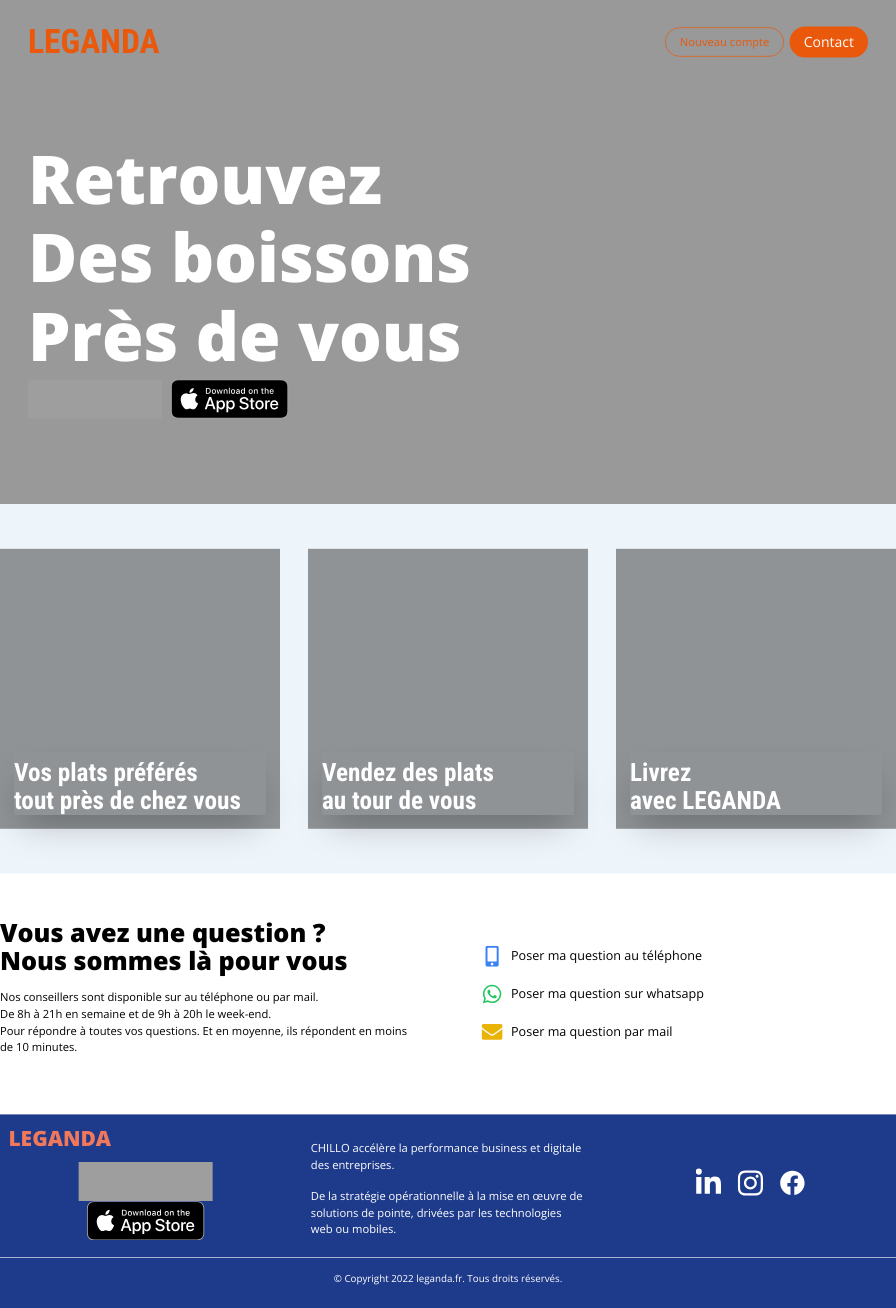
Repository: chillo-tech/website-leganda
Page: /
These files come from the project's save history. The page is drawn as it stood at one moment and after a run of saves; the edit follows.
The browser window is 1280 px wide. The pictures show the whole page, at 70% of full size.
Pictures or frames that could not be fetched are drawn as grey boxes. The project was rebuilt for these pictures with package versions that can differ from the ones it lists, and the page was loaded fresh each time. Some packages were replaced by stand-ins written for this rebuild. The framework's server and built-in components were replaced by stand-ins that run in the browser. Also part of the build but not shown: next.config.js, components/header/items/SearchBar.tsx.

Above is the page before, as saved 2023-02-09 08:34:37.

### pages/_document.tsx
import { Html, Head, Main, NextScript } from 'next/document'
import Footer from '../components/footer/Footer';

export default function Document() {
	return (
		<Html className="scroll-smooth">
			<Head>
        <link rel="preconnect" href="https://fonts.googleapis.com"/>
        <link rel="preconnect" href="https://fonts.gstatic.com"/>
        <link href="https://fonts.googleapis.com/css2?family=Open+Sans:ital,wght@0,300;0,800;1,800&family=Roboto&family=Roboto+Condensed:wght@700&display=swap" rel="stylesheet"/>
        <link rel="icon" href="/favicon.ico" />
			</Head>
			<body className='flex flex-col h-screen justify-between'>
				<Main />
				<NextScript />
				<Footer />
        <script defer type="text/javascript" src="https://maps.googleapis.com/maps/api/js?key=AIzaSyBoBBvzxlRlkbfYzZcHp8ALOwBk3YjfB-I&libraries=places" />
			</body>
		</Html>
	)
}

### pages/index.tsx
import type { NextPage } from 'next'
import Head from 'next/head';
import Image from 'next/image'
import Link from 'next/link';
import { useState,useRef,useEffect } from 'react';
import Questions from '../components/questions/Questions';
import Header from '../components/header/Header';
import {cn, HEADERS_ITEMS, loaderProp, STORES} from '../utils';

const Home: NextPage = () => {
  const [isLoading, setLoading] = useState(true);
  const timeoutRef = useRef<any>();
  const [displayedItemIndex, setDisplayedItemIndex] = useState(0);
  const delay = 5000;

  const resetTimeout = () => {
    if (timeoutRef.current) {
      clearTimeout(timeoutRef.current);
    }
  }

  useEffect(() => {
    timeoutRef.current = setTimeout(
      () =>
          setDisplayedItemIndex((prevIndex) =>
              prevIndex === HEADERS_ITEMS.length - 1 ? 0 : prevIndex + 1
          ),
      delay
    );
    return () => {
      resetTimeout();
    };
  }, [displayedItemIndex]);
  return (
      <>
        <Head>
          <title>{`LEGANDA | Repas entre particuliers ${HEADERS_ITEMS[displayedItemIndex]['label']}`}</title>
        </Head>
        <main>
          <header className="relative h-screen md:mb-0">
            <Image
              src={HEADERS_ITEMS[displayedItemIndex]['image']}
              alt={`Leganda ${HEADERS_ITEMS[displayedItemIndex]['label']}`}
              unoptimized={true}
              priority={true}
              fill={true}
              loader={loaderProp}
              className={cn(
                'duration-700 ease-in-out group-hover:opacity-75 hidden',
                isLoading
                  ? 'scale-110 blur-2xl grayscale'
                  : 'scale-100 blur-0 grayscale-0'
              )}
              onLoadingComplete={() => setLoading(false)}
            />
            <div className="bg-gray opacity-200 header-content absolute bottom-0 top-0 left-0 right-0">
              <div className="bg-black-rgba w-full pt-5 px-3 md:px-10 h-screen mx-auto flex flex-col justify-between">
                <Header withSearchBar={false} />
                <div className="container">
                  <div className="text-5xl md:text-8xl font-extrabold text-white">Retrouvez</div>
                  <div className="text-5xl md:text-8xl py-4 font-extrabold text-white py-2 md:py-4 text-orange-600">{HEADERS_ITEMS[displayedItemIndex]['label']}</div>
                  <div className="text-5xl md:text-8xl font-extrabold text-white">Près de vous</div>
                  <p className="flex py-4 items-center justify-center md:justify-start">
                    {STORES.map((item: any, index: number) => (
                        <Link
                            href="#"
                            target="_blank"
                            key={`liens-${index}`} className="block items-center py-2 w-48 h-14 relative">
                          <Image
                              fill={true}
                              src={`/images/${item.image}`}
                              alt={item?.label}
                          />

                        </Link>
                    ))}
                  </p>
                </div>
                <p />
              </div>
            </div>
          </header>
          <section className="categories py-3 md:py-16 bg-app-light-blue">
            <div className="container">
              <div className="grid gap-10 md:grid-cols-3">
                <Link href='/' className='relative'>
                    <div className="relative home-page-article ">
                      <Image
                          src="/images/eat-food.jpeg"
                          alt="os plats préférés tout près de chez vous"
                          layout="fill"
                          objectFit="cover"
                          unoptimized={true}
                          loader={loaderProp}
                          className={cn(
                            'duration-700 ease-in-out group-hover:opacity-75 hidden',
                            isLoading
                              ? 'scale-110 blur-2xl grayscale'
                              : 'scale-100 blur-0 grayscale-0'
                          )}
                          onLoadingComplete={() => setLoading(false)}
                        />
                    </div>
                    <div className="absolute bottom-0 left-0 right-0 top-0 bg-black-rgba">
                    </div>
                    <div className="absolute bottom-0 left-0 right-0 py-5 px-5 text-white">
                      <h2 className='font-bold pt-2 text-3xl md:text-4xl title shadow-2xl'>Vos plats préférés <br /> tout près de chez vous</h2>
                    </div>
                </Link>
                <Link href='/' className='relative'>
                    <div className="relative home-page-article ">
                      <Image
                          src="/images/food-on-fire.jpeg"
                          alt="Vendez vos plats de vous"
                          layout="fill"
                          objectFit="cover"
                          unoptimized={true}
                          loader={loaderProp}
                          className={cn(
                            'duration-700 ease-in-out group-hover:opacity-75 hidden',
                            isLoading
                              ? 'scale-110 blur-2xl grayscale'
                              : 'scale-100 blur-0 grayscale-0'
                          )}
                          onLoadingComplete={() => setLoading(false)}
                        />
                    </div>
                    <div className="absolute bottom-0 left-0 right-0 top-0 bg-black-rgba">
                    </div>
                    <div className="absolute bottom-0 left-0 right-0 py-5 px-5 text-white">
                      <h2 className='font-bold pt-2 text-3xl md:text-4xl title shadow-2xl'>Vendez des plats <br /> au tour de vous</h2>
                    </div>
                </Link>
                <Link href='/' className='relative'>
                    <div className="relative home-page-article ">
                      <Image
                          src="/images/delivery.jpeg"
                          alt="Livrez des repas avec leganda"
                          layout="fill"
                          objectFit="cover"
                          unoptimized={true}
                          loader={loaderProp}
                          className={cn(
                            'duration-700 ease-in-out group-hover:opacity-75 hidden',
                            isLoading
                              ? 'scale-110 blur-2xl grayscale'
                              : 'scale-100 blur-0 grayscale-0'
                          )}
                          onLoadingComplete={() => setLoading(false)}
                        />
                    </div>
                    <div className="absolute bottom-0 left-0 right-0 top-0 bg-black-rgba">
                    </div>
                    <div className="absolute bottom-0 left-0 right-0 py-5 px-5 text-white">
                      <h2 className='font-bold pt-2 text-3xl md:text-4xl title shadow-2xl'>Livrez <br /> avec LEGANDA</h2>
                    </div>
                </Link>

              </div>
              </div>
          </section>
          {/*<Cities />*/}
          <Questions />
        </main>
      </>
  )
}

export default Home

### styles/globals.css
@tailwind base;
@tailwind components;
@tailwind utilities;
body {
  font-family: 'Open Sans', 'Roboto', sans-serif;
}
.title {
  font-family: 'Roboto Condensed', sans-serif;
}
@layer base {
  [type="text"],
  [type="email"],
  [type="url"],
  [type="password"],
  [type="number"],
  [type="date"],
  [type="datetime-local"],
  [type="month"],
  [type="search"],
  [type="tel"],
  [type="time"],
  [type="week"],
  [multiple],
  textarea,
  select {
    @apply w-full border-gray-300 rounded-lg shadow-sm focus:border-blue-500 focus:ring-blue-500;
  }
  [type="checkbox"],
  [type="radio"] {
    @apply border-gray-300 rounded text-blue-600 focus:ring-blue-500;
  }
}

.bg-site-blue {
    background-color: #86aec0;
    color: #000000;
}

.bg-site-orange {
    background-color: #f6ac9f;
}

.color-site-blue {
   color: #86aec0;
}

.color-site-orange {
    color: #f2785c;
}

.home-page-article {
  min-height: 400px;
}

### context/search-context-provider.tsx
import { SearchParams } from '../types';
import { Context,createContext, useMemo, useReducer, useCallback } from 'react'
import SearchReducer from './SearchReducer';
import { Param } from '../types/Param';
import { INITIAL_STATE, UPDATE_SEARCH_CRITERIA } from '../utils';
import { SearchContextData } from '../types/SerchContextData';
type Props = {
  children: JSX.Element,
};
export const SearchContext = createContext<SearchContextData>({state: INITIAL_STATE});
function SearchContextProvider({children}: Props) {
  const [state, dispatch] = useReducer(SearchReducer, INITIAL_STATE);

  const update = useCallback(
    (data: Param) =>
      dispatch({
        type: UPDATE_SEARCH_CRITERIA,
        data
      }),
    [],
  );
  const value = useMemo(
    () => ({state, update }),
    [state,update],
  );
  return (
    <SearchContext.Provider value={value}>
      {children}
    </SearchContext.Provider>
  )
}

export default SearchContextProvider;

### components/footer/Footer.tsx

import React from 'react';
import { FaFacebook, FaInstagram, FaLinkedinIn } from 'react-icons/fa';
import Link from 'next/link'
import { cn, STORES } from '../../utils';
import Image from 'next/image';
function Footer() {
	return (
			<footer className="bg bg-blue-900 text-white pb-3 pt-4 font-extralight flex flex-col" id="a-propos-de-nous">
				<div className="container mx-auto px-3">
					<div className="grid grid-cols-1 gap-10 md:grid-cols-3 md:p-0 items-center">
						<div className="presentation">
              <Link href='/' className='mb-5 color-site-orange uppercase font-extrabold text-3xl'>LEGANDA
              </Link>
              <p className="flex flex-col py-4 items-center justify-center md:justify-start">
                {STORES.map((item: any, index: number) => (
                    <Link
                        href="#"
                        target="_blank"
                        key={`liens-${index}`}
                        className="block items-center py-2 w-48 h-14 relative">
                      <Image
                          fill={true}
                          src={`/images/${item.image}`}
                          alt={item?.label}
                      />
                    </Link>
                ))}
              </p>
						</div>
						<div className="presentation">
							<p className='mb-5'>CHILLO accélère la performance business et digitale des entreprises. </p>
							<p>De la stratégie opérationnelle
								à la mise en œuvre de solutions de pointe, drivées par les technologies web ou mobiles.</p>
						</div>
						<div className="presentation flex flex-col items-center justify-center">
							<div className='px-10 flex items-center justify-between text-center'>
								<FaLinkedinIn color='text-slate-300' className='px-3 text-6xl'/>
								<FaInstagram className='px-3 text-6xl'/>
								<FaFacebook className='px-3 text-6xl'/>
							</div>
							<div className='py-2'>

							</div>
						</div>
					</div>
				</div>
				<div className="copyright border-top-1 mt-2 font-light">
					<div className="container py-5 text-sm mx-auto text-center border-solid border-t border-slate-200">
						&copy; Copyright {(new Date()).getFullYear()} leganda.fr. Tous droits réservés.
					</div>
				</div>
			</footer>

	);
}

export default Footer;

### components/questions/Questions.tsx
import Link from 'next/link'
import React from 'react'
import { FaEnvelope, FaMobile, FaMobileAlt, FaPhoneAlt, FaWhatsapp } from 'react-icons/fa'

function Questions() {
  return (
    <section className='py-16'>
        <div className="container grid md:grid-cols-2 md:gap-24 items-center px-3 md:px-0">
          <article>
            <h2 className='md:text-4xl text-3xl font-semibold text-black'>
              <p className='p-0 m-0'>Vous avez une question ?</p>
              <p className='p-0 m-0'>Nous sommes là pour vous</p>
            </h2>
            <div className='py-5'>
              <p className='p-0 m-0'>Nos conseillers sont disponible sur au téléphone ou par mail.</p>
              <p className='p-0 m-0'>De 8h à 21h en semaine et de 9h à 20h le week-end.</p>
              <p className='p-0 m-0'>Pour répondre à toutes vos questions. Et en moyenne, ils répondent en moins de 10 minutes.</p>
            </div>
          </article>
          <article>
              <Link href="tel:0033761705745" className='py-3 text-lg flex'>
                  <FaMobileAlt className='text-3xl text-blue-500 mr-3' /> Poser ma question au téléphone
              </Link>
              <Link href="whatsapp:0033761705745" className='py-3 text-lg flex'>
                  <FaWhatsapp className='text-3xl text-green-500 mr-3' /> Poser ma question sur whatsapp
              </Link>
              <Link href="mailto:armelle.leganda@gmail.com" className='py-3 text-lg flex'>
                  <FaEnvelope className='text-3xl text-yellow-500 mr-3' /> Poser ma question par mail
              </Link>
          </article>
        </div>
    </section>
  )
}

export default Questions

### components/header/Header.tsx
import { faPhone, faUser } from '@fortawesome/free-solid-svg-icons'
import { FontAwesomeIcon } from '@fortawesome/react-fontawesome'
import Link from 'next/link'
import React from 'react'
import SearchBar from './items/SearchBar'

function Header({withSearchBar = true}: {withSearchBar?: boolean}) {
  return (
    <header className="container py-4">
       <nav className='flex justify-between items-center'>
        <Link href="/" className='text-orange-600 uppercase title text-5xl'>LEGANDA
        </Link>
        {withSearchBar ? <SearchBar /> : null }
        <ul className='md:flex justify-between items-center hidden'>
          <li>
            <Link href="/" className='border border-orange-600 rounded-3xl px-5 py-2 text-orange-600 flex justify-between items-center'>
                <FontAwesomeIcon icon={faUser} className="hidden border-none text-xs mr-2" size='xs' />
                Nouveau compte
            </Link>
          </li>
          <li  className='ml-2'>
          <Link href="/" className='bg-orange-600 rounded-3xl text-xl px-5 font-medium py-2 flex text-white'>
              <FontAwesomeIcon icon={faPhone} className="hidden border-none mr-2"/>
              Contact
          </Link>
          </li>
        </ul>
      </nav>
    </header>
  )
}

export default Header

### utils/index.ts
export * from './clear-string';
export * from './DateFormat';
export * from './isValidPhoneNumber';
export * from './isValidEmail';
export * from './Endpoints';
export * from './Data';
export * from './request-options';

### context/SearchReducer.ts
import { UPDATE_SEARCH_CRITERIA } from './../utils/Data';
import { Action } from './../types/Action';
import { SearchParams } from "../types";

function SearchReducer (state: SearchParams, action: Action){
  switch(action.type){
    case UPDATE_SEARCH_CRITERIA: {
        return {
          ...state,
          [action.data.key]: action.data.value
        }
    }
  }
  return state;
}

export default SearchReducer;

### utils/clear-string.ts
export const cleanString = (entry: string) => {
	return entry ? entry.replace(/^[\s\uFEFF\xA0]+|[\s\uFEFF\xA0]+$/g, '') : '';
}

### utils/DateFormat.ts
export const getFormattedDate = (entry: Date) => {
	const year = entry.getFullYear();
	const month = `0${entry.getMonth() + 1}`.slice(-2);
	const day = `0${entry.getDate()}`.slice(-2);
	return `${day}/${month}/${year}`;
};

export const getFormattedTime = (entry: Date) => {
	const hours = `0${entry.getHours()}`.slice(-2);
	const minutes = `0${entry.getMinutes()}`.slice(-2);
	return `${hours}:${minutes}`;
};

const getWeekNumber = (entry: Date) => {
	// Copy date so don't modify original
	const date = new Date(Date.UTC(entry.getFullYear(), entry.getMonth(), entry.getDate()));
	// Set to nearest Thursday: current date + 4 - current day number
	// Make Sunday's day number 7
	date.setUTCDate(date.getUTCDate() + 4 - (date.getUTCDay() || 7));
	// Get first day of year
	const yearStart = new Date(Date.UTC(date.getUTCFullYear(), 0, 1));
	// Calculate full weeks to nearest Thursday
	return Math.ceil((((Number(date) - Number(yearStart)) / 86400000) + 1) / 7);
	// Return array of year and week number

}

export const getDayAndMonthLabel = (entry: Date) => {
	const days = ['Dimanche', 'Lundi', 'Mardi', 'Mercredi', 'Jeudi', 'Vendredi', 'Samedi'];
	const months = ["Jan.", "Fev.", "Mars", "Avr.", "MaI", "Juin",
		"Jul.", "Août", "Sep.", "Oct.", "Nov.", "Dec."
	];
	return [days[entry.getDay()], months[entry.getMonth()]];
}

export const getDisplayedDate = (entry: string = "") => {
	if (!entry.trim().length) {
		return entry;
	}
	const adWeekNo = getWeekNumber(new Date(entry));
	const todayWeekNo = getWeekNumber(new Date());
	if ((adWeekNo - todayWeekNo) > 1) {
		const [dayOfDate, month, year] = getFormattedDate(new Date(entry)).split('/');
		const [dayOfWeekLabel, monthLabel] = getDayAndMonthLabel(new Date(entry));
		return `${dayOfWeekLabel}, ${dayOfDate} ${monthLabel}`;
	} else {
		const [dayOfWeekLabel] = getDayAndMonthLabel(new Date(entry));
		return dayOfWeekLabel;
	}
};

### utils/isValidPhoneNumber.ts
export const isValidPhoneNumber = (value: string) => {
	const PHONE_REGEXP = /^0[6|7]\d{8}$/
	return PHONE_REGEXP.test(value);
}

### utils/isValidEmail.ts
export const isValidEmail = (value: string) => {
	const EMAIL_REGEXP = /^\S+@\S+\.\S+$/;
	return value.trim().length ? EMAIL_REGEXP.test(value) : true;
}

### utils/Endpoints.ts
export const LOCAL_DNS = 'http://192.168.111.244:9090';//verifier ipconfig avant d'exécuter
export const PROD_DNS = "https://api.leganda.chillo.fr";
export const IMAGES_URL = `${PROD_DNS}/assets`;
export const BACKOFFICE_URL = `${PROD_DNS}/api/v1`;
export const ADS_ENDPOINT = "ad";
export const FAVORITE_ENDPOINT = "favorite";
export const ACCOUNT_ENDPOINT = "account";
export const ADDRESS_ENDPOINT = "address";
export const CATEGORY_ENDPOINT = "category";
export const GOOGLE_PACES_API_BASE_URL = 'https://maps.googleapis.com/maps/api/place';
export const GOOGLE_PACES_API_KEY = 'AIzaSyBoBBvzxlRlkbfYzZcHp8ALOwBk3YjfB-I';
export const MAP_ZOOM = 10;
export const GOOGLE_PACES_CENTER_COORDINATES = {lat: 48.117266,lng: -1.677793};

### utils/request-options.ts
export const getHeaders = () => ({
	'X-Requested-With': 'XMLHttpRequest',
	'Content-Type': 'application/x-www-form-urlencode',
	Accept: "application/json"
});

### utils/providers.ts


export const PHONE = "+33761705745";
export const EMAIL = "achille.mbougueng@yahoo.fr";

export const OPENCAGE_GEOCODE_API = "https://api.opencagedata.com/geocode/v1/json";
export const OPENCAGE_API_KEY = "2dd86530d37b4cf3a321d24e6c624a40";

export const MAPBOX_API_KEY = "pk.eyJ1IjoiYWNoaWxsZW1ib3VndWVuZyIsImEiOiJja3Zvd3EzcmswaThkMnZrZ25iYmtveDBhIn0.pDR7pKL18d3iz5NoaRmWYg";
export const MAPBOX_PLACES = "https://api.mapbox.com/geocoding/v5/mapbox.places";

Loaded but not shown: pages/_app.tsx (common file); tailwind.config.js (37 lines, source omitted); utils/Data.ts (152 lines, source omitted)

After the next 2 saves:
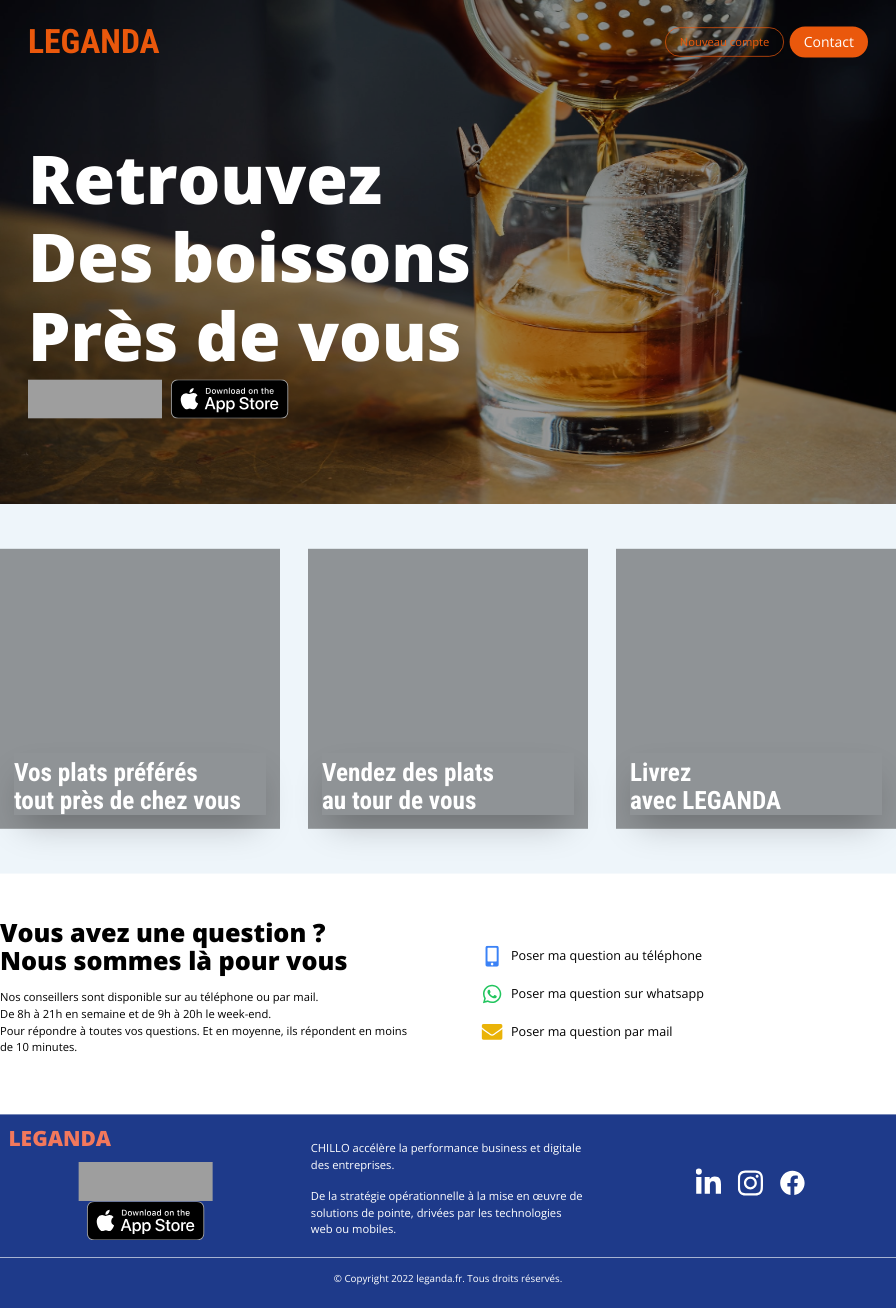
The 2 saves are shown as one change because they came seconds apart.
The last was saved 96 s later.
--- a/pages/index.tsx
+++ b/pages/index.tsx
@@ -44,14 +44,7 @@
               unoptimized={true}
               priority={true}
               fill={true}
-              loader={loaderProp}
-              className={cn(
-                'duration-700 ease-in-out group-hover:opacity-75 hidden',
-                isLoading
-                  ? 'scale-110 blur-2xl grayscale'
-                  : 'scale-100 blur-0 grayscale-0'
-              )}
-              onLoadingComplete={() => setLoading(false)}
+
             />
             <div className="bg-gray opacity-200 header-content absolute bottom-0 top-0 left-0 right-0">
               <div className="bg-black-rgba w-full pt-5 px-3 md:px-10 h-screen mx-auto flex flex-col justify-between">
